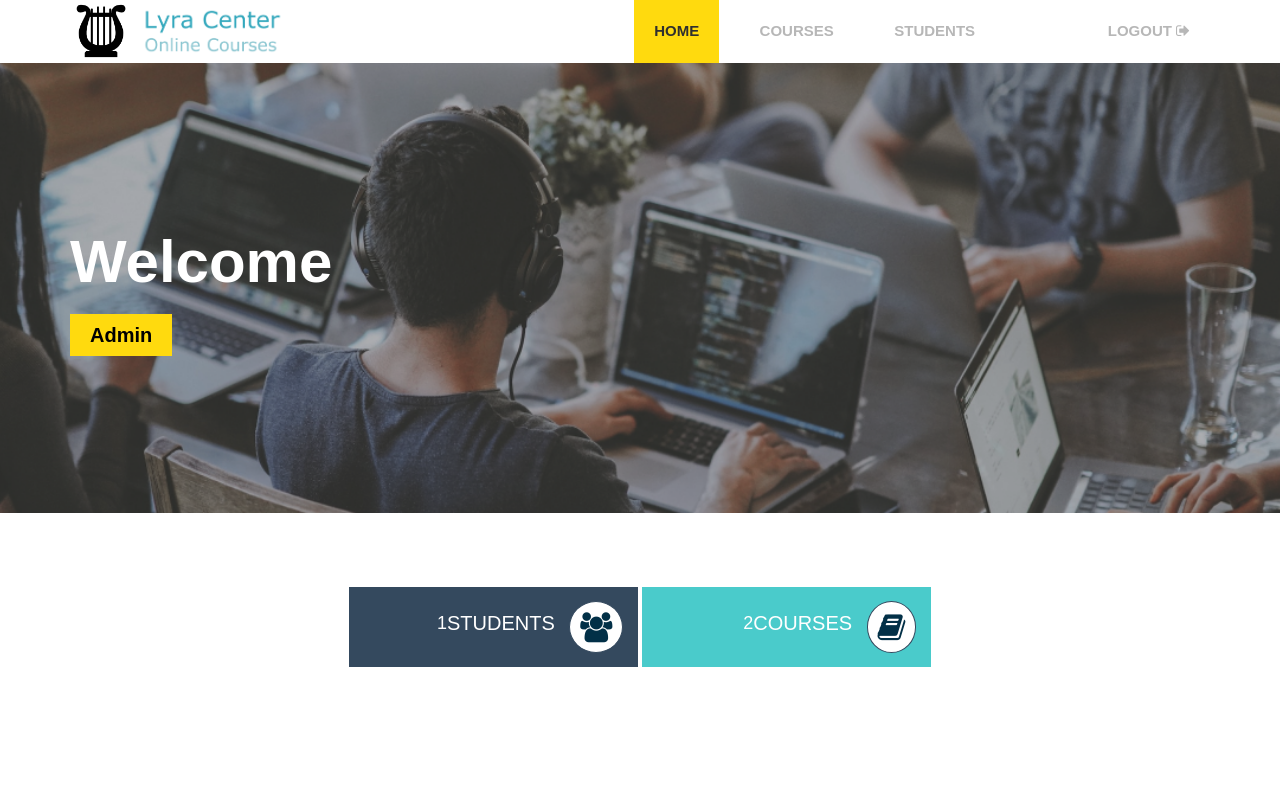
Repository: jersmaecrz/lyra-center
Page: http://localhost/aHome.php
The author's editor kept a copy of each file at every save. The page is drawn from the files as they stood at one save, then again after the next save.
The browser window is 1280 px wide. The pictures show the whole page.
Some web fonts or font styles are not loaded; a fallback is used. The page is run by PHP 8.4 with error messages shown; the project is at /var/www/html/.

Above is the page before, as saved 2022-12-03 22:02:35.

After the next save:
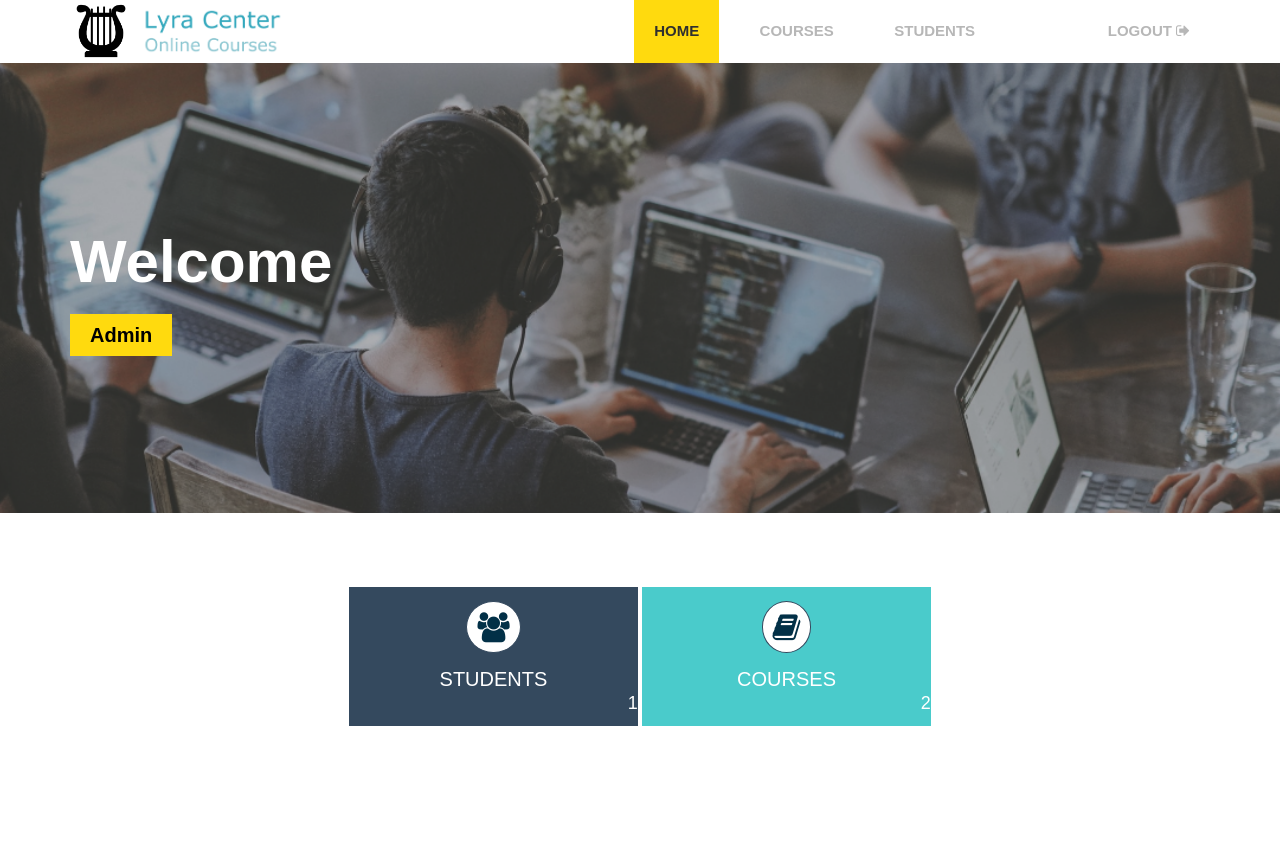
Saved 12 s later.
--- a/css/admin-home-style.css
+++ b/css/admin-home-style.css
@@ -25,14 +25,11 @@
     margin: 5%;
 	background-color:#fff;
     border-radius: 50%;
-    float: right;
 }
 .icon-section h3{
 	font-size: 20px;
     color: #fff;
 	font-family: "Mulish", sans-serif;
-    float: right;
-
 }
 .icon-section p{
 	margin:0px;
